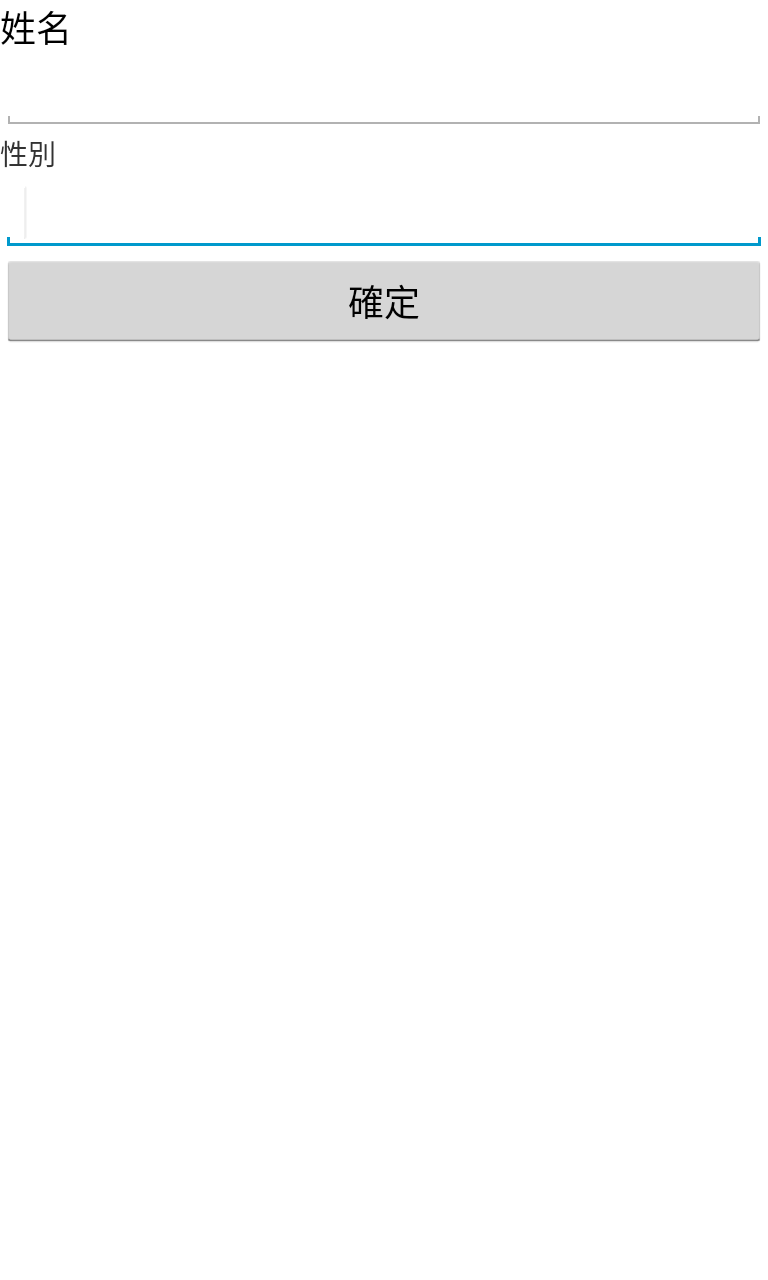
Repository: idarfan/android41
Layout: Ch05app2me/res/layout/activity_main.xml
These files come from the project's save history. The layout is drawn as it stood at one moment and after the next save; the edit follows.
It is drawn on a 768 x 1280 px phone screen (xhdpi) without system bars, with theme AppTheme; the app's code is not run.

Above is the layout before, as saved 2012-07-18 06:29:21.

### Ch05app2me/res/layout/activity_main.xml
<LinearLayout xmlns:android="http://schemas.android.com/apk/res/android"
    xmlns:tools="http://schemas.android.com/tools"
    android:layout_width="match_parent"
    android:layout_height="match_parent"
    android:orientation="vertical" >

    <TextView
        android:id="@+id/textView1"
        android:layout_width="match_parent"
        android:layout_height="wrap_content"
        android:text="@string/tvPtName"
        android:textAppearance="?android:attr/textAppearanceMedium" />

    <EditText
        android:id="@+id/etIdName"
        android:layout_width="match_parent"
        android:layout_height="wrap_content"
        android:inputType="textNoSuggestions" >

        <requestFocus />
    </EditText>

    <TextView
        android:id="@+id/textView2"
        android:layout_width="match_parent"
        android:layout_height="wrap_content"
        android:text="@string/tvPtSex" />

    <EditText
        android:id="@+id/etIdSex"
        android:layout_width="match_parent"
        android:layout_height="wrap_content"
        android:inputType="textNoSuggestions" >

        <requestFocus />
    </EditText>

    <Button
        android:id="@+id/button1"
        android:layout_width="match_parent"
        android:layout_height="wrap_content"
        android:text="@string/btPtSure" />

</LinearLayout>

### Ch05app2me/res/values/strings.xml
<resources>

    <string name="app_name">撰寫Ch05app2me專案</string>
    <string name="menu_settings">Settings</string>
    <string name="title_activity_main">MainActivity</string>
    <string name="tvPtName">姓名</string>
    <string name="tvPtSex">性別</string>
    <string name="btPtSure">確定</string>

</resources>

Loaded but not shown: Ch05app2me/res/values-v11/styles.xml (common file); Ch05app2me/res/values-v14/styles.xml (common file); Ch05app2me/res/values/styles.xml (common file)

After the next save:
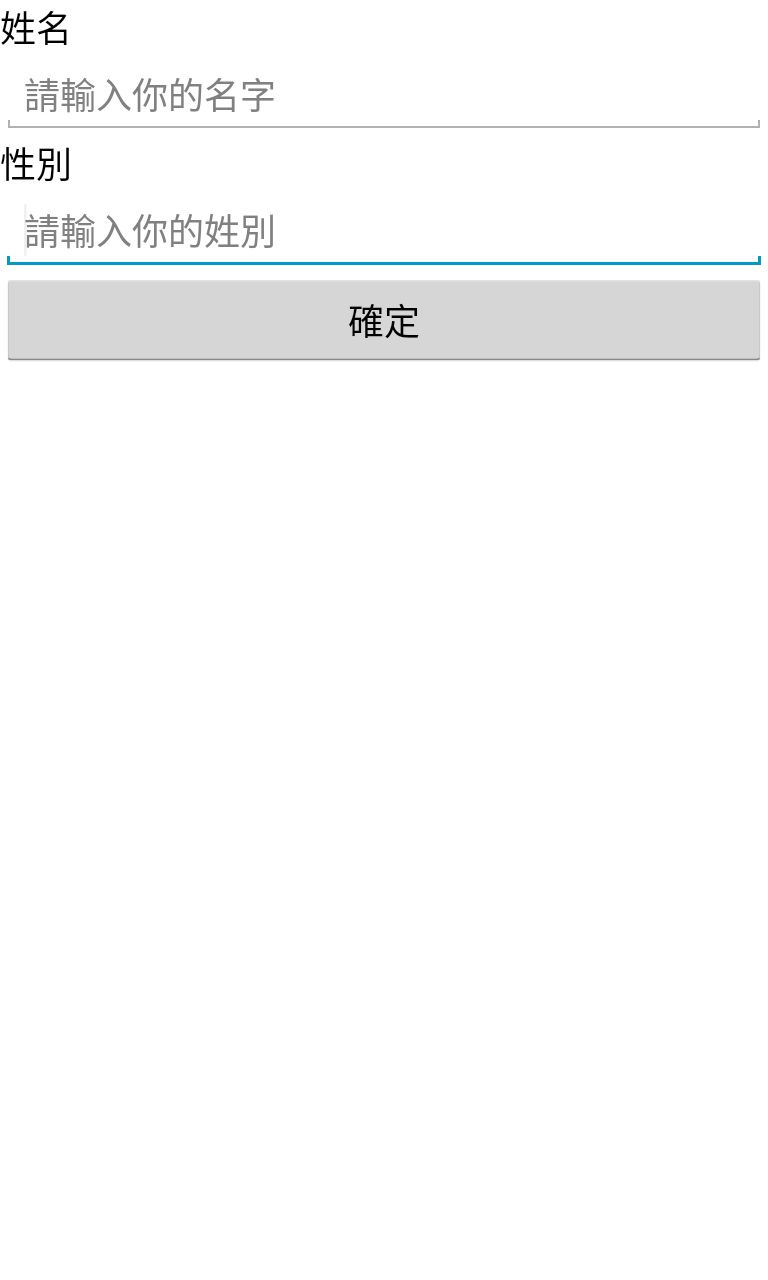
Saved 15 min 3 s later.
--- a/Ch05app2me/res/layout/activity_main.xml
+++ b/Ch05app2me/res/layout/activity_main.xml
@@ -15,6 +15,7 @@
         android:id="@+id/etIdName"
         android:layout_width="match_parent"
         android:layout_height="wrap_content"
+        android:hint="請輸入你的名字"
         android:inputType="textNoSuggestions" >
 
         <requestFocus />
@@ -24,12 +25,14 @@
         android:id="@+id/textView2"
         android:layout_width="match_parent"
         android:layout_height="wrap_content"
-        android:text="@string/tvPtSex" />
+        android:text="@string/tvPtSex"
+        android:textAppearance="?android:attr/textAppearanceMedium" />
 
     <EditText
         android:id="@+id/etIdSex"
         android:layout_width="match_parent"
         android:layout_height="wrap_content"
+        android:hint="請輸入你的姓別"
         android:inputType="textNoSuggestions" >
 
         <requestFocus />
